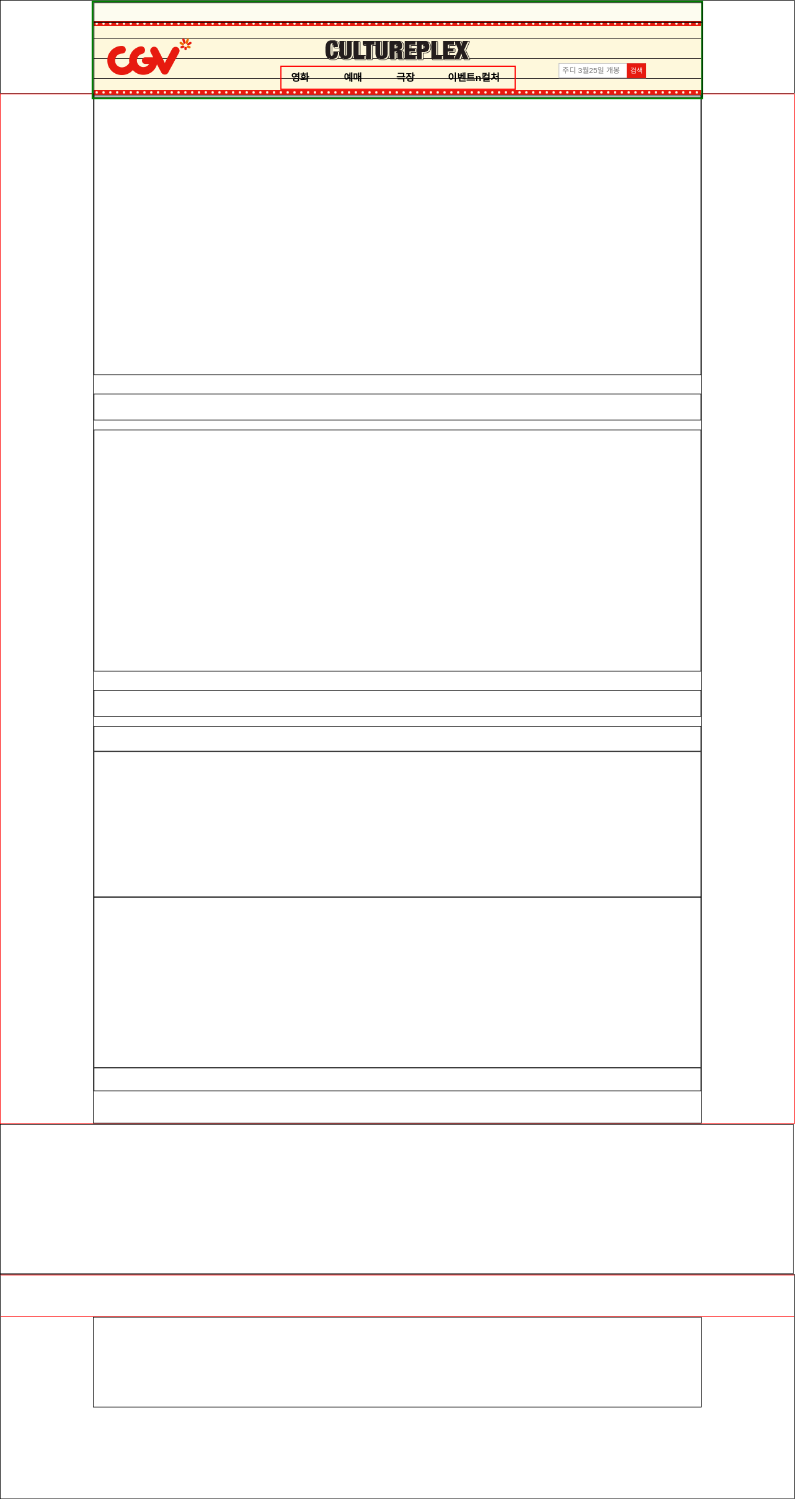
Repository: Gotaemin/java
Page: html/CgvProject/WebContent/main.html
The author's editor kept a copy of each file at every save. The page is drawn from the files as they stood at one save, then again after the next save.
The browser window is 1280 px wide. The page is 1282 px wide, so the pictures cover 1282 px, including what lies to the right of the window. The pictures show the whole page, at 62% of full size.

Above is the page before, as saved 2020-03-24 13:14:34.

### html/CgvProject/WebContent/main.html
<!DOCTYPE html>
<html>
<head>
<meta charset="UTF-8">
<title>메인페이지</title>
<link href="css/layout.css" rel="stylesheet" type="text/css">

<style type="text/css">
h3{
	height: 41px;
	margin : 30px 0 15px;
	border: 1px solid black;
}

ul{
	list-style: none;
}

body{
	line-height: 1.2;
    color: #666;
    font-family: 'CJONLYONENEW', '맑은 고딕', '돋움', Dotum, sans-serif;
    font-weight: bold;
}



</style>

</head>
<body>
<div class="root">
	<!-- 헤더 -->
	<div class="header">
		<div class="head">
			<h1><a href="#"><img src="images/header/h1_cgv.png" alt="cgvLogo"></a></h1>
			<div class="header_service"></div>
			<div class="header_menu">
				<h2>
					<img src="images/header/h2_cultureplex.png" alt="cultureplex">
				</h2>
				<div class="menu">
					<ul>
						<li class="menu_movie"><a href="">영화</a></li>
						<li class="menu_reserve"><a href="">예매</a></li>
						<li class="menu_theater"><a href="">극장</a></li>
						<li class="menu_event"><a href="">이벤트n컬처</a></li>
					</ul>
				</div>
				<div class="search">
					<fieldset>
						<input type="text" placeholder="주디 3월25일 개봉">
						<button class="btn-go-search">검색</button>
					</fieldset>
				</div>
				<div class="phototicket"></div>
			</div>
		</div>

	</div>



	<!-- 컨테이너 -->
	<div class="container">
		<div class="contents">
			<div class="section_slider"></div>
			<h3></h3>
			<div class="section_movie"></div>
			<h3></h3>
			<ul class="tab_menu"></ul>
			<div class="section_event"></div>
			<div class="section_banner"></div>
			<div class="section_notice"></div>
		</div>
	</div>



	<!-- 푸터 -->
	<div class="footer">
		<div class="footer_wrap"></div>
		<div class="foot">
			<div class="smuse"></div>
			<div class="cinfo"></div>
		</div>
	</div>



	<!-- 사이드바 -->
	<div class="sidebar"></div>
</div>


</body>
</html>

### html/CgvProject/WebContent/css/layout.css
@charset "UTF-8";

* {
	margin: 0px;
	padding: 0px;
}

.root {
	position: relative;
	width: 100%;
	min-width: 980px;
}
/* ---------------------------------------------------------------------header */
.header {
	width: 100%;
	height: 149px;
	border: 1px solid black;
}

.head {
	width: 980px;
	margin: 0 auto;
	position: relative;
	z-index: 100;
	border: 3px solid green;
	background-image: url("../images/header/bg_header.gif");
	background-repeat: repeat-x;
}

.header_service {
	width: 980px;
	height: 30px;
	border: 1px solid black;
}

.header_menu {
	width: 980px;
	margin: 0 auto;
	border: 1px solid black;
	position: relative;
	z-index: 100;
	height: 50px;
	padding-top: 69px;

}

.header h1 {
	position: absolute;
	top: 40px;
	left: 0;
	width: 223px;
	height: 85px;
	padding: 18px 0 0 22px;
	z-index: 110;
/* 	border: 2px solid black; */
}

.header_menu>h2 {
	position: absolute;
	top: 28px;
	left: 50%;
	width: 428px;
	height: 31px;
	margin-left: -214px;
	text-align: center;
}

.menu {
	width: 376px;
	height: 35px;
	margin: 0 auto;
	border: 2px solid red;
}

.menu li {
	height: 35px;
	text-align: center;
	display: inline-block;
	float: left;
	line-height: 35px;
/* 	border: 2px solid green; */
}

.menu li a{
	color: black;
	text-decoration: none;
}

.menu>ul>.menu_movie {
	width: 60px;
}

.menu>ul>.menu_reserve {
	margin-left: 25px;
	width: 60px;
}

.menu>ul>.menu_theater {
	margin-left: 25px;
	width: 60px;
}

.menu>ul>.menu_event {
	margin-left: 30px;
	width: 100px;
}

.search{
	position : absolute;
	top:65px;
	left: 749px;
	width: 141px;
	height: 24px;

}

.search > fieldset{
	position: relative;
	border: 0;
}

.search input{
	display:inline-block;
	line-height:22px;
	width: 100px;
	height: 22px;
	padding: 0 34px 0 5px;
	border: 1px solid #b5b5b5;
	font-size: 12px;
	color: #666;
}

.btn-go-search{
	position: absolute;
	top: 0px;
	left: 110px;
	width: 31px;
	height: 24px;
	background-color: #e71a0f;
	background-image: none;
	color: #fff;
	font-size: 11px;
	line-height: 24px;
	border:0;
	text-align: center;
	font-weight: 500;

}

/* ---------------------------------------------------------------------container */
.container {
	width: 100%;
	border: 1px solid red;
}

.contents {
	width: 980px;
	height: 1608px;
	padding-bottom: 50px;
	margin: 0 auto;
	border: 1px solid black;
}

.section_slider {
	height: 450px;
	border: 1px solid black;
	overflow: hidden;
}

.section_movie {
	height: 388px;
	border: 1px solid black;
}

.tab_menu {
	height: 39px;
	border: 1px solid black;
}

.section_event {
	height: 233px;
	border: 1px solid black;
}

.section_banner {
	height: 273px;
	border: 1px solid black;
}

.section_notice {
	height: 36px;
	border: 1px solid black;
}

/* ---------------------------------------------------------------------footer */
.footer {

}

.footer_wrap {
	width: auto;
	height: 240px;
	text-align: center;
	border: 1px solid black;
}

.foot {
	width: 100%;
	height: auto;
	padding: 0 0 147px;
	border: 1px solid black;
}

.smuse {
	overflow: hidden;
	width: 100%;
	height: 66px;
	border-top: 1px solid red;
	border-bottom: 1px solid red;
	position: relative;
	margin: 0 auto;
}

.cinfo {
	padding-top: 28px;
	position: relative;
	width: 980px;
	margin: 0 auto;
	height: 116px;
	border: 1px solid black;
}

/* ---------------------------------------------------------------------sidebar */
.sidebar {

}

After the next save:
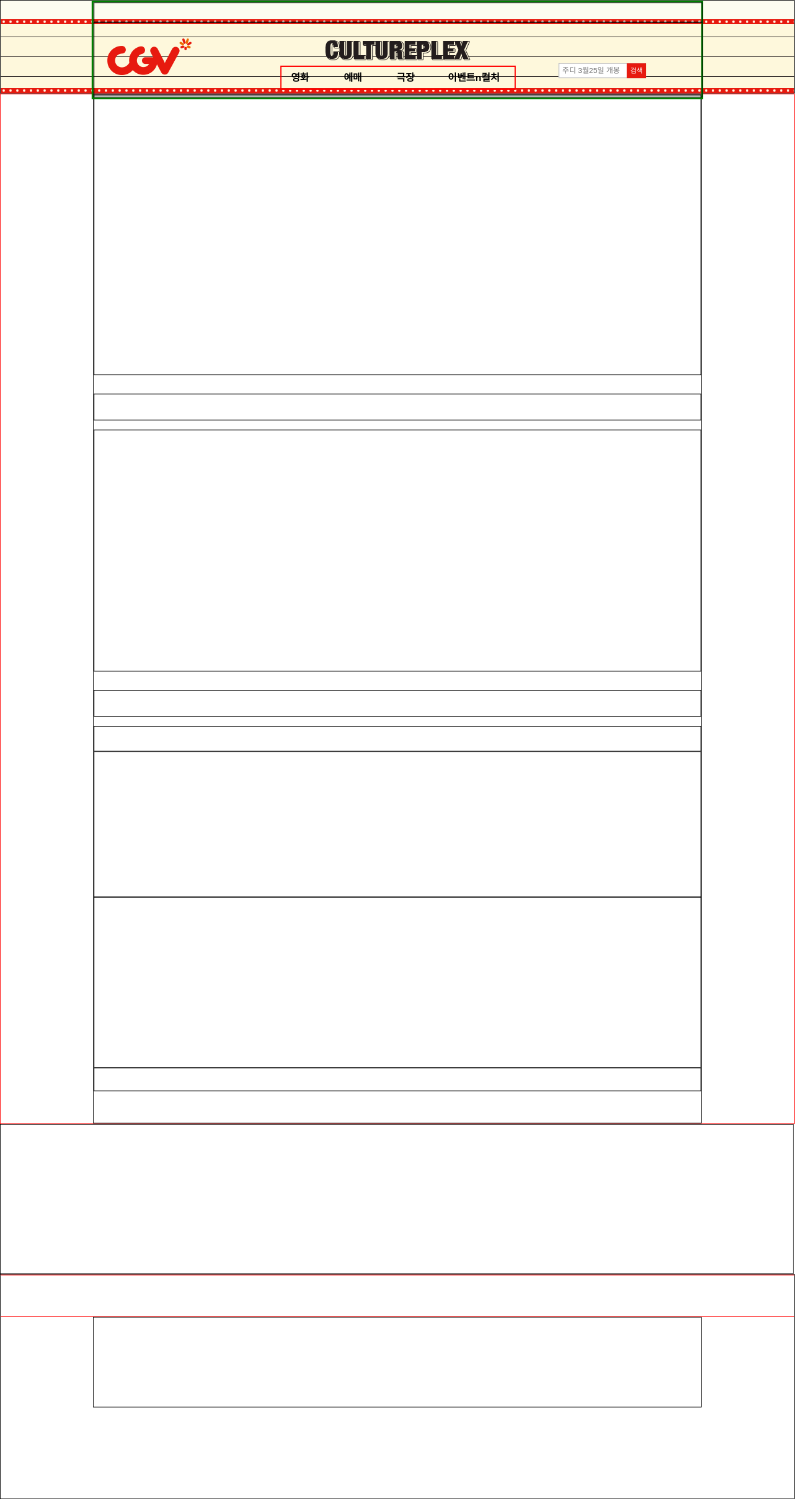
Saved 5 s later.
--- a/html/CgvProject/WebContent/css/layout.css
+++ b/html/CgvProject/WebContent/css/layout.css
@@ -15,6 +15,8 @@
 	width: 100%;
 	height: 149px;
 	border: 1px solid black;
+	background-image: url("../images/header/bg_header.gif");
+	background-repeat: repeat-x;
 }
 
 .head {
@@ -23,8 +25,7 @@
 	position: relative;
 	z-index: 100;
 	border: 3px solid green;
-	background-image: url("../images/header/bg_header.gif");
-	background-repeat: repeat-x;
+
 }
 
 .header_service {
